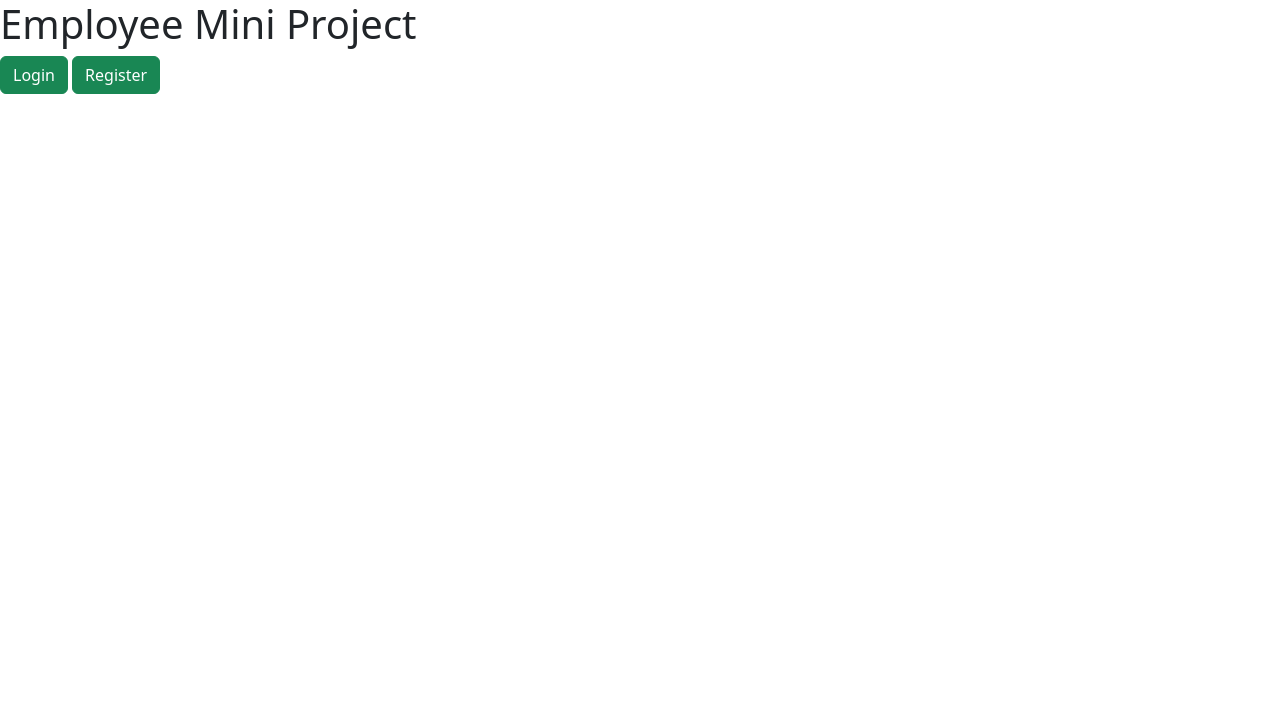
Repository: mca45034/MiniProjectp3
Page: http://localhost/miniproject/
These files come from the project's save history. The page is drawn as it stood at one moment and after the next save; the edit follows.
The browser window is 1280 px wide. The pictures show the whole page.
The page is served by Tomcat 9. Other server files are loaded and not shown.

Above is the page before, as saved 2024-03-03 14:10:37.

### project/miniproject/src/main/webapp/index.jsp
<%@ page language="java" contentType="text/html; charset=ISO-8859-1"
    pageEncoding="ISO-8859-1"%>
<!DOCTYPE html>
<html>
<head>
<meta charset="ISO-8859-1">
<title>Employee Project</title>
<link rel="stylesheet" href="https://cdn.jsdelivr.net/npm/bootstrap@5.2.3/dist/css/bootstrap.min.css">

</head>
<body>
<h1>Employee Mini Project</h1>
<a href="login.jsp" class="btn btn-success">Login</a>
<a href="addEmployee.jsp" class="btn btn-success">Register</a>
<!-- <a href="/MiniAppProject/jsp/addEmployee.jsp" class="btn btn-info">Add Employee</a>
<a href="/MiniAppProject/employeec" class="btn btn-info">show Employee list</a> -->

</body>
</html>

After the next save:
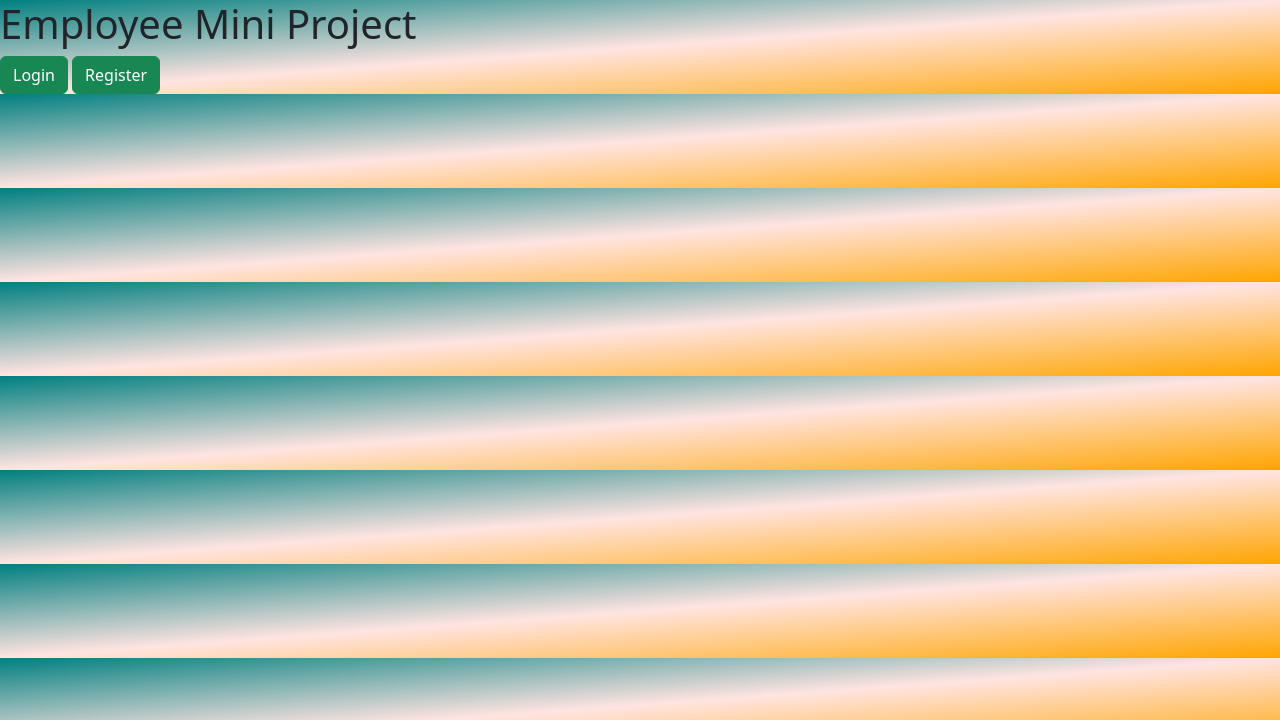
Saved 20 min 45 s later.
--- a/project/miniproject/src/main/webapp/index.jsp
+++ b/project/miniproject/src/main/webapp/index.jsp
@@ -6,6 +6,11 @@
 <meta charset="ISO-8859-1">
 <title>Employee Project</title>
 <link rel="stylesheet" href="https://cdn.jsdelivr.net/npm/bootstrap@5.2.3/dist/css/bootstrap.min.css">
+<style type="text/css">
+body{
+    background-image: linear-gradient(to bottom right,Teal,MistyRose,Orange);
+    }
+    </style>
 
 </head>
 <body>
